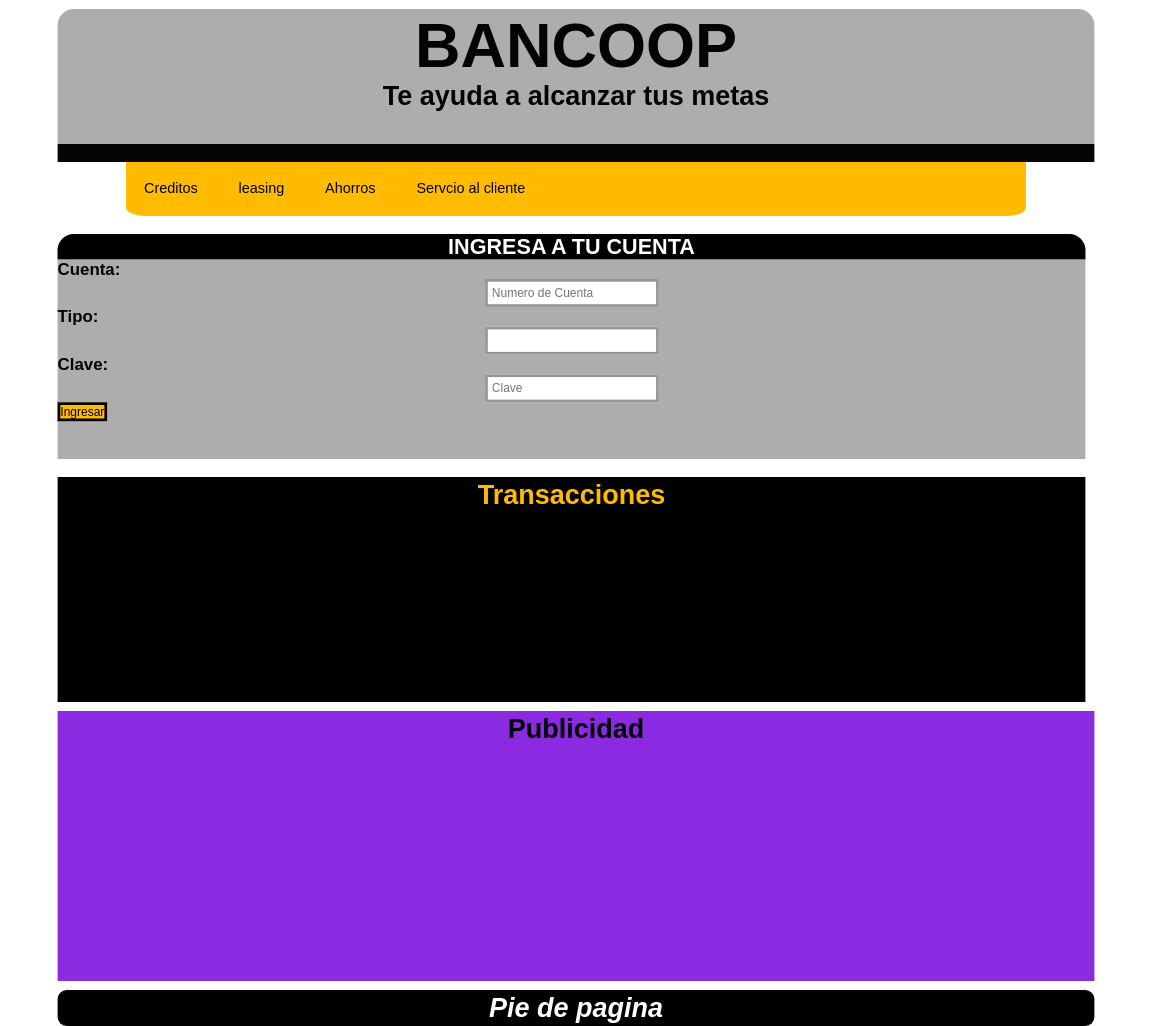
Repository: NickArregoces/BANCOOP
Page: Index.html
These files come from the project's save history. The page is drawn as it stood at one moment and after a run of saves; the edit follows.
The browser window is 1280 px wide. The pictures show the whole page, at 90% of full size.

Above is the page before, as saved 2021-09-29 18:22:07.

### Index.html
<!DOCTYPE html>
<html lang="en">
<head>
    <meta charset="UTF-8">
    <meta http-equiv="X-UA-Compatible" content="IE=edge">
    <meta name="viewport" content="width=device-width, initial-scale=1.0">
    <title>BANCOOP Home</title>
    <link rel="stylesheet" href="/CSS/Style.css">
</head>
<body>
    <div id="head">
        <header>
            <link rel="stylesheet" href="">
            <h1>BANCOOP</h1>
            <h3>Te ayuda a alcanzar tus metas</h3>
        </header>
        <nav class="barra">

        </nav>
        <ul class="menu">
            <li><a href="#">Creditos</a></li>
            <li><a href="#">leasing</a></li>
            <li><a href="#">Ahorros</a></li>
            <li><a href="#">Servcio al cliente</a></li>
        </ul>
    </div>

        <div id="Contenido">
            <div id="section">
                <form action="" class="login">
                    <h2 style="color: rgb(255, 255, 255);">INGRESA A TU CUENTA</h2>

                    <h3 >Cuenta:  <input type="number" placeholder="Numero de Cuenta"></h3>

                    <h3>Tipo: <input type="text"></h3>

                    <h3>Clave: <input type="password" placeholder="Clave"></h3>

                    <button class="sumbit"> Ingresar </button>
                </form>
                <article>
                    <h2 style="color: rgb(255, 187,0);">Transacciones</h2>
                </article>
            </div>

            <div id="Cuadros">
                <aside>
                    <h2>Publicidad</h2>
                 </aside>
            </div>

            </div>
                <div>
                    <footer>
                        <h2>Pie de pagina</h2>
                    </footer>
                </div>

</body>
</html>

### CSS/Style.css

*{
    margin: 0 auto;
    padding: 0px;
}
body{
    font-family: Arial, Helvetica, sans-serif;
    background: rgb(255, 255, 255);
    width: 90%;
    color: rgb(3, 3, 3);
}
header{
    width: 100%;
    margin-top: 10px;
    background: rgb(173, 173, 173);
    border-top-left-radius:  18px;
    border-top-right-radius:  18px;
    height: 150px;
}
    header h1{
        font-size: 70px;
        text-align: center;
        line-height: 60px;
        padding: 10px;
        display: block;
    }
    header h3{
        font-size: 30px;
        text-align: center;

}
nav.barra{
    background: rgb(5, 5, 5);
    height: 20px;
}

ul.menu{
    border-bottom-left-radius: 20px 10px;
    border-bottom-right-radius: 20px 10px;
    background: rgb(255, 187, 0);
    height: 60px;
    list-style: none;
    padding: 0;
    max-width: 1000px;
    margin: auto;
}
    .menu li a{
        align-items: center;
        margin-right: 1px;
        text-decoration: none;
        color:black;
        padding: 20px;
        display: block;
    }
    .menu li {
        display: inline-block;
        text-align:center
    }
    .menu li a:hover{
        background: #242323b6;
        color: white;
        }



.section{
    width: 40%;
    float: left;

}
    form{
        background: rgb(173, 173, 173);
        border-top-left-radius: 18px;
        border-top-right-radius: 18px;
        margin-top: 20px;
        margin-right:10px;
        margin-bottom: 10px;
        height: 250px;
    }
        .login h2{
            text-align: center;
            background: black;
            border-top-left-radius: 18px;
            border-top-right-radius: 18px;
        }
        form input{
            padding: 5px;
            display: block;
            border: solid rgb(149, 149, 149);
        }
        button{

            background-position: center;
            background: rgb(255, 187, 0);
            border: solid black;
        }

    article {
        height: 250px;
        background: rgb(0, 0, 0);
        margin-top: 20px;
        margin-right:10px;
        margin-bottom: 10px;
    }
        article h2{
            font-size: 30px;
            text-align: center;
            line-height: 40px;
        }


.punlicidad{
    width: 40%;
    float: right;
}
aside{
    width: 100%;
    height: 300px;
    background: blueviolet;
    margin-top: 10px;

    margin-bottom: 10px;
}
    aside h2{
        font-size: 30px;
        text-align: center;
        line-height: 40px;
    }


footer{
    background: black;
    clear: both;
    border-radius: 10px;
}
    footer h2{
        font-size: 30px;
        text-align: center;
        line-height: 40px;
        color: white;
        font-style:italic;
    }

After the next 2 saves:
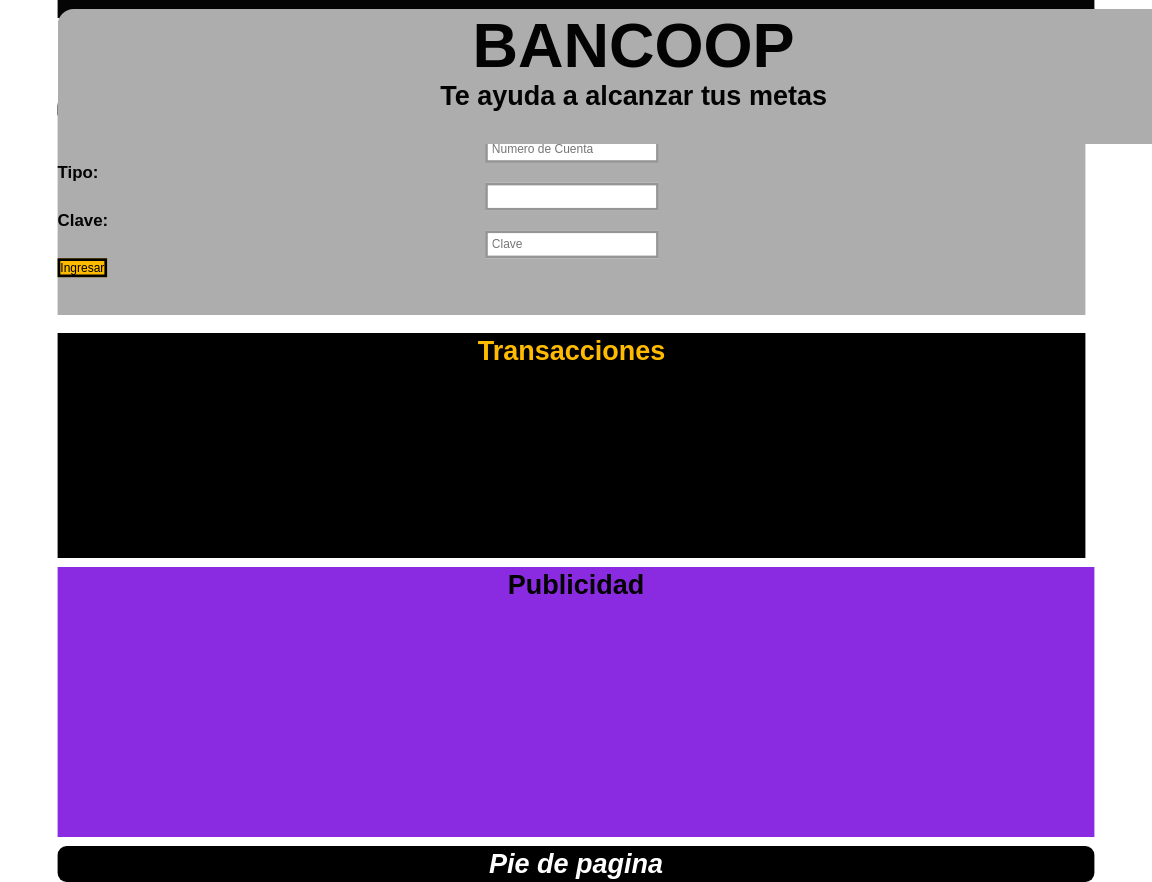
The 2 saves are shown as one change because they came seconds apart.
The last was saved 2 min 26 s later.
--- a/CSS/Style.css
+++ b/CSS/Style.css
@@ -16,6 +16,7 @@ header{
     border-top-left-radius:  18px;
     border-top-right-radius:  18px;
     height: 150px;
+    position:fixed
 }
     header h1{
         font-size: 70px;
